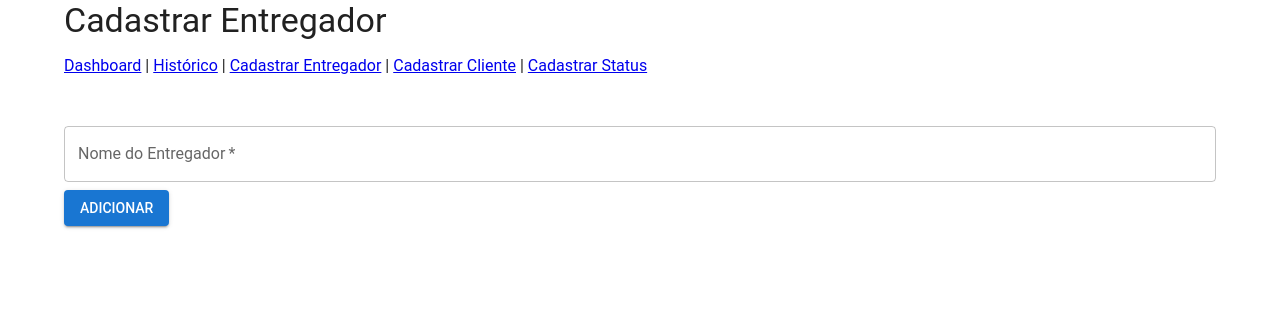
Repository: feliperanon/mobilegestao
Page: /add-entregador (app in frontend/)
These files come from the project's save history. The page is drawn as it stood at one moment and after the next save; the edit follows.
The browser window is 1280 px wide. The pictures show the whole page.
The page's requests for data from a server got no answer. The project was rebuilt for these pictures with package versions that can differ from the ones it lists, and the page was loaded fresh each time. No one was signed in, and anything a server would have sent is missing. Also part of the build but not shown: frontend/webpack.config.js, frontend/src/pages/Home.js, frontend/src/pages/History.js, frontend/src/pages/Analysis.js, frontend/src/components/Dashboard.js, frontend/src/components/Login.js, frontend/src/components/Register.js, frontend/src/components/AddCliente.js and 1 more.

Above is the page before, as saved 2024-07-14 18:50:15.

### frontend/public/index.html
<!-- frontend/public/index.html -->

<!DOCTYPE html>
<html lang="en">
<head>
    <meta charset="UTF-8">
    <meta name="viewport" content="width=device-width, initial-scale=1.0">
    <title>Mobile Gestão</title>
</head>
<body>
    <div id="root"></div>
</body>
</html>

### frontend/src/index.js
// frontend/src/index.js

import React from 'react';
import ReactDOM from 'react-dom';
import { BrowserRouter as Router, Route, Switch } from 'react-router-dom';
import { ThemeProvider, createTheme } from '@mui/material/styles';
import CssBaseline from '@mui/material/CssBaseline';
import Home from './pages/Home';
import History from './pages/History';
import Analysis from './pages/Analysis';
import Dashboard from './components/Dashboard';
import Login from './components/Login';
import Register from './components/Register';
import AddEntregador from './components/AddEntregador';
import AddCliente from './components/AddCliente';
import AddStatus from './components/AddStatus';

const theme = createTheme({
  palette: {
    primary: {
      main: '#1976d2',
    },
    secondary: {
      main: '#dc004e',
    },
  },
  typography: {
    fontFamily: 'Roboto, Arial, sans-serif',
  },
});

ReactDOM.render(
  <ThemeProvider theme={theme}>
    <CssBaseline />
    <Router>
      <Switch>
        <Route path="/" exact component={Home} />
        <Route path="/login" component={Login} />
        <Route path="/register" component={Register} />
        <Route path="/dashboard" component={Dashboard} />
        <Route path="/history" component={History} />
        <Route path="/analysis" component={Analysis} />
        <Route path="/add-entregador" component={AddEntregador} />
        <Route path="/add-cliente" component={AddCliente} />
        <Route path="/add-status" component={AddStatus} />
      </Switch>
    </Router>
  </ThemeProvider>,
  document.getElementById('root')
);

### frontend/src/components/AddEntregador.js
// frontend/src/pages/AddEntregador.js

import React, { useState } from 'react';
import axios from 'axios';
import { Container, TextField, Button, Typography, Box } from '@mui/material';
import { Link } from 'react-router-dom';

const AddEntregador = () => {
  const [nome, setNome] = useState('');

  const handleSubmit = async (e) => {
    e.preventDefault();
    try {
      await axios.post('http://localhost:5008/api/lists/entregadores', { nome });
      setNome('');
    } catch (err) {
      console.error('Erro ao adicionar entregador', err);
    }
  };

  return (
    <Container>
      <Typography variant="h4" component="h1" gutterBottom>
        Cadastrar Entregador
      </Typography>
      <nav>
        <Link to="/dashboard">Dashboard</Link> |{' '}
        <Link to="/history">Histórico</Link> |{' '}
        <Link to="/add-entregador">Cadastrar Entregador</Link> |{' '}
        <Link to="/add-cliente">Cadastrar Cliente</Link> |{' '}
        <Link to="/add-status">Cadastrar Status</Link>
      </nav>
      <Box component="form" onSubmit={handleSubmit} sx={{ mt: 4 }}>
        <TextField
          label="Nome do Entregador"
          value={nome}
          onChange={(e) => setNome(e.target.value)}
          fullWidth
          required
          margin="normal"
        />
        <Button type="submit" variant="contained" color="primary">
          Adicionar
        </Button>
      </Box>
    </Container>
  );
};

export default AddEntregador;

After the next save:
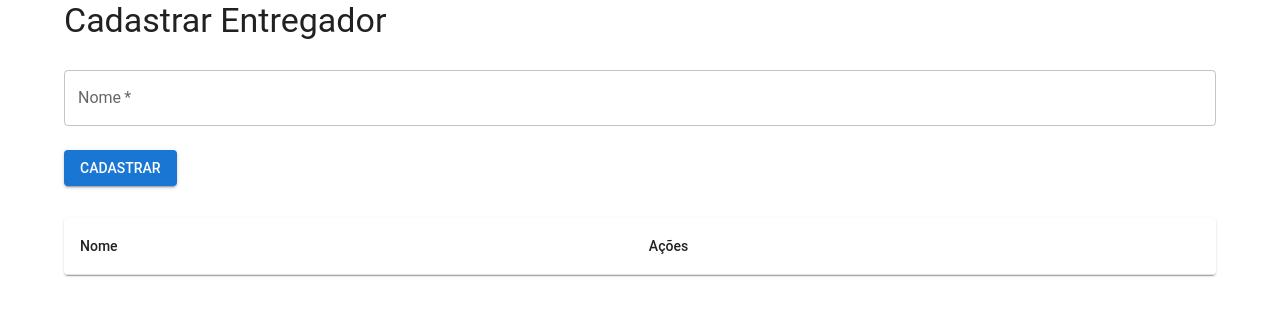
Saved 65 s later.
--- a/frontend/src/components/AddEntregador.js
+++ b/frontend/src/components/AddEntregador.js
@@ -1,20 +1,66 @@
-// frontend/src/pages/AddEntregador.js
+// frontend/src/components/AddEntregador.js
 
-import React, { useState } from 'react';
+import React, { useState, useEffect } from 'react';
 import axios from 'axios';
-import { Container, TextField, Button, Typography, Box } from '@mui/material';
-import { Link } from 'react-router-dom';
+import { Container, Typography, TextField, Button, Box, Table, TableBody, TableCell, TableContainer, TableHead, TableRow, Paper, IconButton } from '@mui/material';
+import { Edit, Delete, Block } from '@mui/icons-material';
 
 const AddEntregador = () => {
   const [nome, setNome] = useState('');
+  const [entregadores, setEntregadores] = useState([]);
+  const [editingId, setEditingId] = useState(null);
+
+  const fetchEntregadores = async () => {
+    const res = await axios.get('http://localhost:5008/api/lists/entregadores');
+    setEntregadores(res.data);
+  };
+
+  useEffect(() => {
+    fetchEntregadores();
+  }, []);
 
   const handleSubmit = async (e) => {
     e.preventDefault();
     try {
-      await axios.post('http://localhost:5008/api/lists/entregadores', { nome });
+      if (editingId) {
+        await axios.put(`http://localhost:5008/api/lists/entregadores/${editingId}`, { nome });
+        setEditingId(null);
+      } else {
+        await axios.post('http://localhost:5008/api/lists/entregadores', { nome });
+      }
       setNome('');
+      fetchEntregadores();
+      alert('Entregador cadastrado/editado com sucesso!');
     } catch (err) {
-      console.error('Erro ao adicionar entregador', err);
+      console.error(err);
+      alert('Erro ao cadastrar/editando entregador.');
+    }
+  };
+
+  const handleEdit = (id, currentNome) => {
+    setNome(currentNome);
+    setEditingId(id);
+  };
+
+  const handleDelete = async (id) => {
+    try {
+      await axios.delete(`http://localhost:5008/api/lists/entregadores/${id}`);
+      fetchEntregadores();
+      alert('Entregador excluído com sucesso!');
+    } catch (err) {
+      console.error(err);
+      alert('Erro ao excluir entregador.');
+    }
+  };
+
+  const handleDeactivate = async (id) => {
+    try {
+      await axios.patch(`http://localhost:5008/api/lists/entregadores/${id}/deactivate`);
+      fetchEntregadores();
+      alert('Entregador desativado com sucesso!');
+    } catch (err) {
+      console.error(err);
+      alert('Erro ao desativar entregador.');
     }
   };
 
@@ -23,26 +69,47 @@ const AddEntregador = () => {
       <Typography variant="h4" component="h1" gutterBottom>
         Cadastrar Entregador
       </Typography>
-      <nav>
-        <Link to="/dashboard">Dashboard</Link> |{' '}
-        <Link to="/history">Histórico</Link> |{' '}
-        <Link to="/add-entregador">Cadastrar Entregador</Link> |{' '}
-        <Link to="/add-cliente">Cadastrar Cliente</Link> |{' '}
-        <Link to="/add-status">Cadastrar Status</Link>
-      </nav>
-      <Box component="form" onSubmit={handleSubmit} sx={{ mt: 4 }}>
+      <Box component="form" onSubmit={handleSubmit} sx={{ mb: 4 }}>
         <TextField
-          label="Nome do Entregador"
+          label="Nome"
           value={nome}
           onChange={(e) => setNome(e.target.value)}
           fullWidth
           required
           margin="normal"
         />
-        <Button type="submit" variant="contained" color="primary">
-          Adicionar
+        <Button type="submit" variant="contained" color="primary" sx={{ mt: 2 }}>
+          {editingId ? 'Editar' : 'Cadastrar'}
         </Button>
       </Box>
+      <TableContainer component={Paper}>
+        <Table>
+          <TableHead>
+            <TableRow>
+              <TableCell>Nome</TableCell>
+              <TableCell>Ações</TableCell>
+            </TableRow>
+          </TableHead>
+          <TableBody>
+            {entregadores.map((entregador) => (
+              <TableRow key={entregador._id}>
+                <TableCell>{entregador.nome}</TableCell>
+                <TableCell>
+                  <IconButton onClick={() => handleEdit(entregador._id, entregador.nome)}>
+                    <Edit />
+                  </IconButton>
+                  <IconButton onClick={() => handleDelete(entregador._id)}>
+                    <Delete />
+                  </IconButton>
+                  <IconButton onClick={() => handleDeactivate(entregador._id)}>
+                    <Block />
+                  </IconButton>
+                </TableCell>
+              </TableRow>
+            ))}
+          </TableBody>
+        </Table>
+      </TableContainer>
     </Container>
   );
 };
